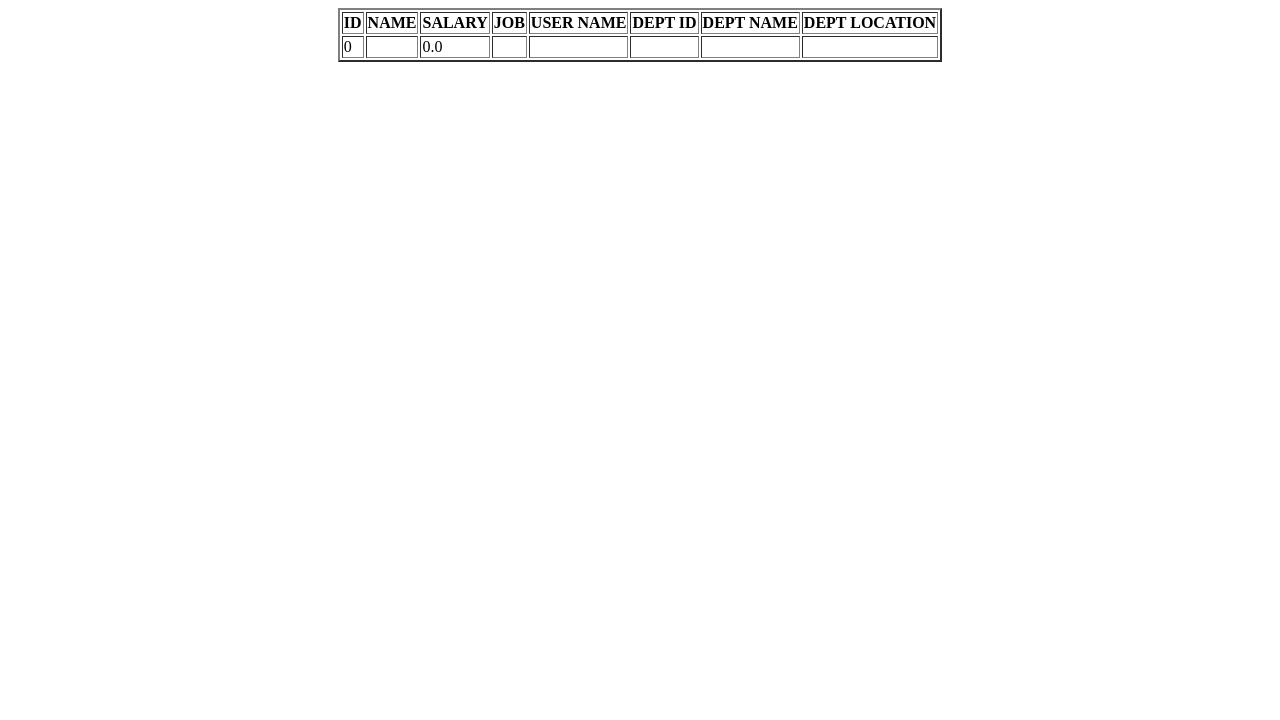
Repository: laharidevisetti/TSWebProject-2-Tables-_Skel
Page: http://localhost/TSWebProject_2Tables__Skel/DisplayEmp.jsp
An editor plug-in stored every save of this project. The page is shown before and after the next save, followed by the edit.
The browser window is 1280 px wide. The pictures show the whole page.
The page is served by Tomcat 9. Other server files are loaded and not shown.

Above is the page before, as saved 2019-04-28 06:05:16.

### TSWebProject(2Tables)_Skel/WebContent/DisplayEmp.jsp
<%@ page language="java" contentType="text/html; charset=ISO-8859-1"
	pageEncoding="ISO-8859-1" import="com.ts.dto.Employee"%>
<!DOCTYPE html PUBLIC "-//W3C//DTD HTML 4.01 Transitional//EN" "http://www.w3.org/TR/html4/loose.dtd">
<html>
<head>
<meta http-equiv="Content-Type" content="text/html; charset=ISO-8859-1">
<title>Insert title here</title>
</head>
<body>
	<%
		/*
		   Employee employee = (Employee)request.getAttribute("employeeData");
			out.println("<table border=2 align=center>");
			out.println("<tr>");
			out.println("<th>ID</th><th>NAME</th><th>SALARY</th><th>JOB</th><th>USER NAME</th>");
			out.println("</tr>");
			out.println("<tr>");
			out.println("<td>"+employee.getId()+"</td><td>"+employee.getName()+"</td><td>"+employee.getSalary()+"</td><td>"+employee.getJob()+"</td><td>"+employee.getUserName()+"</td>");
			out.println("</tr>");
			out.println("</table>");*/
	%>
	<!--
	<jsp:useBean id="employeeData" class="com.ts.dto.Employee"
		scope="request" />
	<table border=2 align=center>
		<tr>
			<th>ID</th>
			<th>NAME</th>
			<th>SALARY</th>
			<th>JOB</th>
			<th>USER NAME</th>
		</tr>
		<tr>
			<td><%=employeeData.getEmpId()%></td>
			<td><%=employeeData.getName()%></td>
			<td><%=employeeData.getSalary()%></td>
			<td><%=employeeData.getJob()%></td>
			<td><%=employeeData.getUserName()%></td>
		</tr>
	</table>
 -->

 	<table border=2 align=center>
		<tr>
			<th>ID</th>
			<th>NAME</th>
			<th>SALARY</th>
			<th>JOB</th>
			<th>USER NAME</th>
			<th>DEPT ID</th>
			<th>DEPT NAME</th>
			<th>DEPT LOCATION</th>
		</tr>
		<tr>
			<td>${employeeData.empId}</td>
			<td>${employeeData.name}</td>
			<td>${employeeData.salary}</td>
			<td>${employeeData.job}</td>
			<td>${employeeData.userName}</td>
			<td>${employeeData.dept.deptId}</td>
			<td>${employeeData.dept.deptName}</td>
			<td>${employeeData.dept.deptLocation}</td>
		</tr>
	</table>


</body>
</html>

### TSWebProject(2Tables)_Skel/src/com/ts/dto/Employee.java
package com.ts.dto;

import javax.persistence.Column;
import javax.persistence.Entity;
import javax.persistence.GeneratedValue;
import javax.persistence.Id;
import javax.persistence.JoinColumn;
import javax.persistence.ManyToOne;

@Entity
public class Employee {
	@Id@GeneratedValue
	private int empId;
	@Column(length=25)
	private String name;
	@Column(length=25)
	private double salary;
	@Column(length=25)
	private String job;
	@Column(length=25)
	private String userName;
	@Column(length=25)
	private String password;

	@ManyToOne
	@JoinColumn(name="DEPT_ID")
	private Dept dept;


	public Employee() {
		super();
	}

	public Employee(String name, double salary, String job, String userName, String password, Dept dept) {
		super();
		this.name = name;
		this.salary = salary;
		this.job = job;
		this.userName = userName;
		this.password = password;
		this.dept = dept;
	}

	public Employee(int empId, String name, double salary, String job, String userName, String password, Dept dept) {
		super();
		this.empId = empId;
		this.name = name;
		this.salary = salary;
		this.job = job;
		this.userName = userName;
		this.password = password;
		this.dept = dept;
	}


	public int getEmpId() {
		return empId;
	}

	public void setEmpId(int empId) {
		this.empId = empId;
	}

	public Dept getDept() {
		return dept;
	}

	public void setDept(Dept dept) {
		this.dept = dept;
	}

	public String getName() {
		return name;
	}
	public void setName(String name) {
		this.name = name;
	}
	public double getSalary() {
		return salary;
	}
	public void setSalary(double salary) {
		this.salary = salary;
	}
	public String getJob() {
		return job;
	}
	public void setJob(String job) {
		this.job = job;
	}
	public String getUserName() {
		return userName;
	}
	public void setUserName(String userName) {
		this.userName = userName;
	}
	public String getPassword() {
		return password;
	}
	public void setPassword(String password) {
		this.password = password;
	}
}

### TSWebProject(2Tables)_Skel/src/com/ts/dto/Dept.java
package com.ts.dto;

import java.util.ArrayList;
import java.util.List;

import javax.persistence.Column;
import javax.persistence.Entity;
import javax.persistence.GeneratedValue;
import javax.persistence.Id;
import javax.persistence.OneToMany;

@Entity
public class Dept {
	@Id@GeneratedValue
	private int deptId;
	@Column(length=25)
	private String deptName;
	@Column(length=25)
	private String deptLocation;

	@OneToMany(mappedBy="dept")
	private List <Employee> employees=new ArrayList<Employee>();

	public void setEmployees(List<Employee> employees) {
		this.employees = employees;
	}
	public List<Employee> getEmployees() {
		return employees;
	}
	public Dept() {
		super();
	}

	public Dept(String deptName, String deptLocation) {
		super();
		this.deptName = deptName;
		this.deptLocation = deptLocation;
	}
	public Dept(int deptId, String deptName, String deptLocation) {
		super();
		this.deptId = deptId;
		this.deptName = deptName;
		this.deptLocation = deptLocation;
	}
	public int getDeptId() {
		return deptId;
	}
	public void setDeptId(int deptId) {
		this.deptId = deptId;
	}
	public String getDeptName() {
		return deptName;
	}
	public void setDeptName(String deptName) {
		this.deptName = deptName;
	}
	public String getDeptLocation() {
		return deptLocation;
	}
	public void setDeptLocation(String deptLocation) {
		this.deptLocation = deptLocation;
	}



}

### TSWebProject(2Tables)_Skel/WebContent/MgrHomePage.jsp
<%@ page language="java" contentType="text/html; charset=ISO-8859-1"
    pageEncoding="ISO-8859-1"%>
<!DOCTYPE html PUBLIC "-//W3C//DTD HTML 4.01 Transitional//EN" "http://www.w3.org/TR/html4/loose.dtd">
<html>
<head>
<meta http-equiv="Content-Type" content="text/html; charset=ISO-8859-1">
<title>Insert title here</title>
</head>
<body background = "Gray-background.jpg">
		<%
		String user = (String)session.getAttribute("user");
		 %>
		<h3>Hi: <%=user %><center><h2>WELCOME TO MANAGER HOME PAGE</h2></center>
		<hr>
		<h3><center><a href='DisplayAllEmp'>Display All Employees</a></center></h3>
		<h3><center><a href='DiaplayAllDepts'>Display All Departments</a></center></h3>
		<h3><center><a href='RegisterDept.jsp'>Add Department</a></center></h3>
		<h3><center><a href='getDeptById.jsp'>Display Department By Id</a></center></h3>
		<h3><center><a href='RegisterEmp.jsp'>Add New Employee</a></center></h3>
		<h3><center><a href='getEmpById.jsp'>Display Employee By Id</a></center></h3>
</body>
</html>

After the next save:
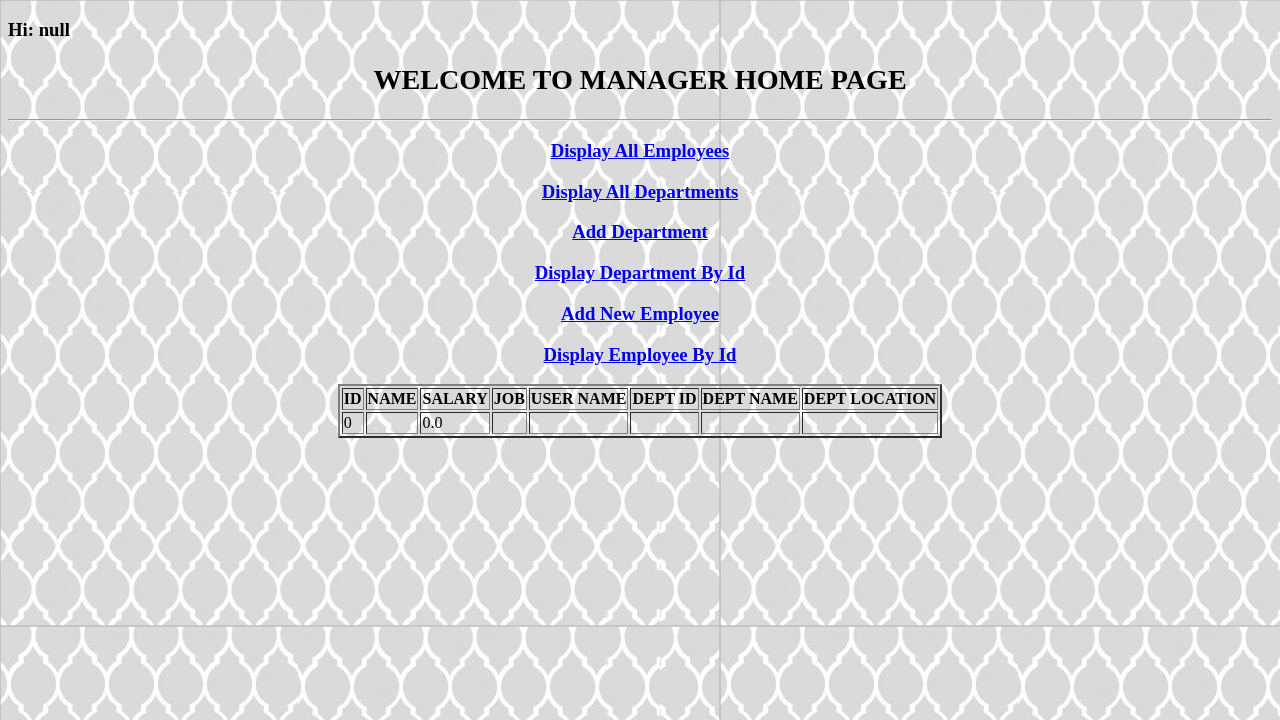
Saved 91 s later.
--- a/TSWebProject(2Tables)_Skel/WebContent/DisplayEmp.jsp
+++ b/TSWebProject(2Tables)_Skel/WebContent/DisplayEmp.jsp
@@ -39,7 +39,7 @@
 		</tr>
 	</table>
  -->
-
+ <jsp:include page="MgrHomePage.jsp"></jsp:include>
  	<table border=2 align=center>
 		<tr>
 			<th>ID</th>
